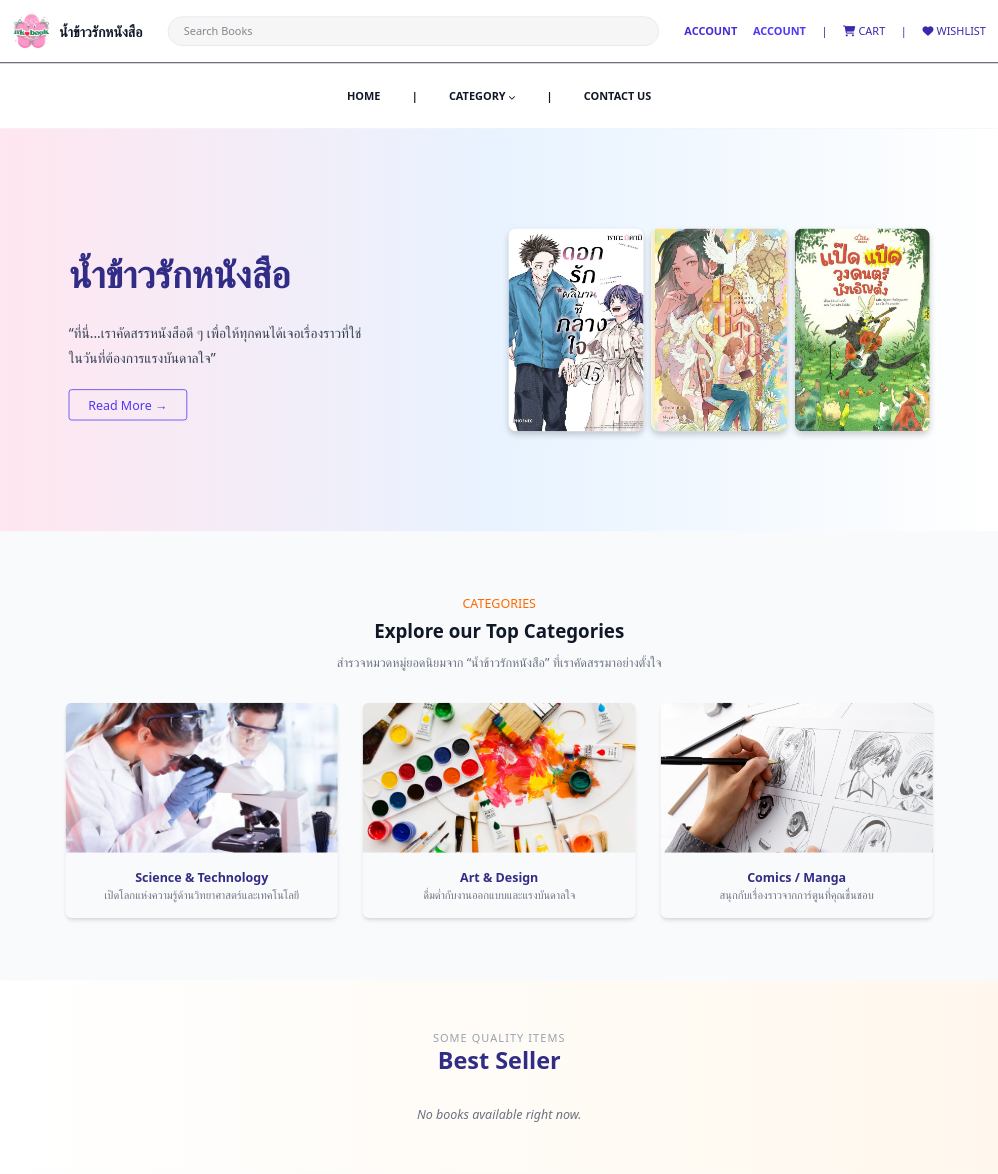
Repository: buratsakon0/NKLoveBook
Page: http://localhost/home
An editor plug-in stored every save of this project. The page is shown before and after the next save, followed by the edit.
The browser window is 1280 px wide. The pictures show the whole page, at 78% of full size.
The page is served by the project's Laravel application, run on PHP 8.4 with Laravel 12. Style sheets and scripts are compiled from the project's sources, by tool versions that may differ from the author's. Queries for data that is not in the repository find no rows.

Above is the page before, as saved 2025-10-26 15:00:40.

After the next save:
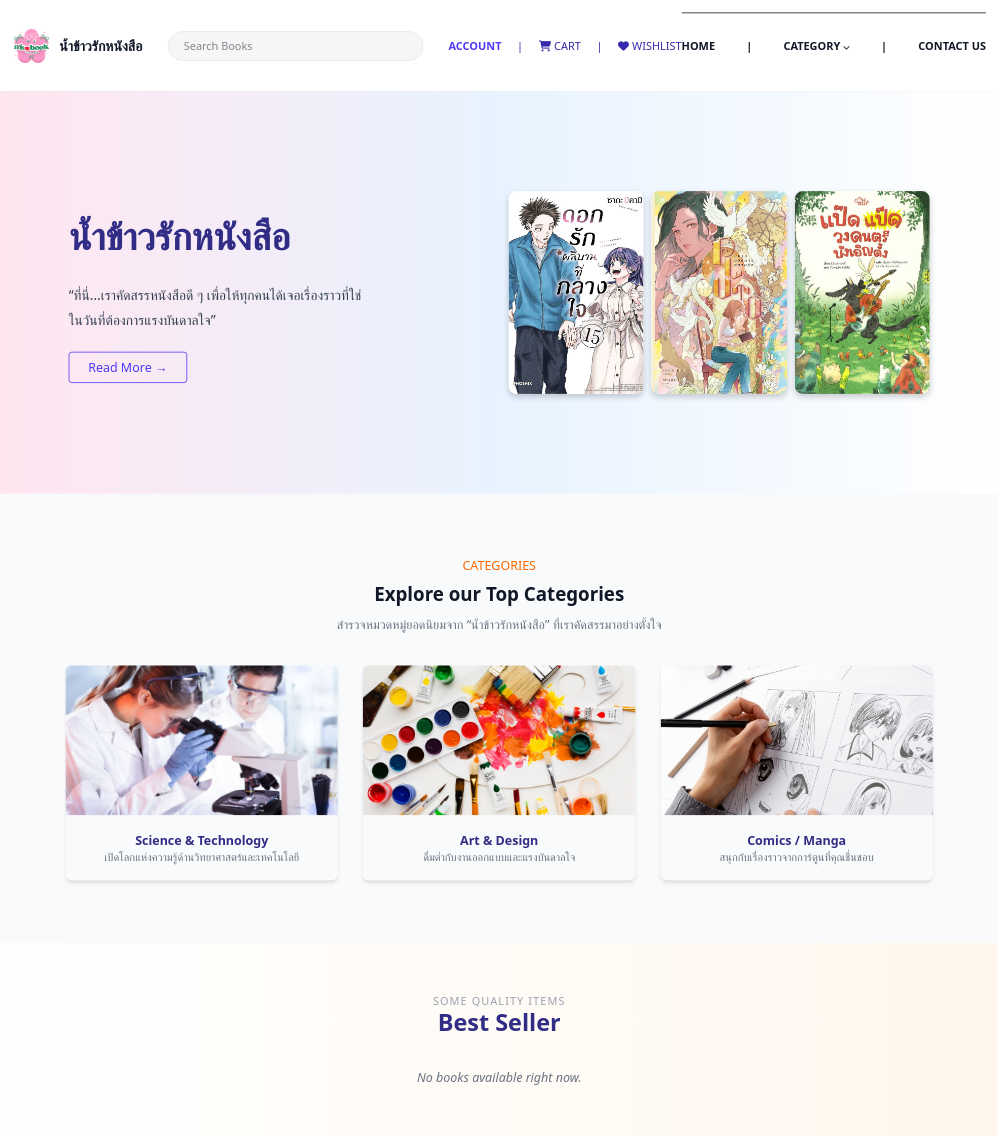
Saved 38 s later.
--- a/resources/views/component/navbar.blade.php
+++ b/resources/views/component/navbar.blade.php
@@ -121,29 +121,28 @@
 
     <!-- Right: Icons -->
     <div class="flex gap-5 text-sm font-medium text-indigo-800">
-      @guest
-    <a href="{{ route('login') }}" class="text-sm text-indigo-700 font-semibold">ACCOUNT</a>
-@endguest
-
-@auth
-        <!--  ถ้า login แล้ว -->
+    @auth
+        <!-- ✅ ถ้า login แล้ว -->
         <a href="{{ route('profile') }}" class="text-indigo-600 font-semibold">
             {{ Auth::user()->Username }}
         </a>
     @else
-        <!--  ถ้ายังไม่ได้ login -->
+        <!-- ❌ ถ้ายังไม่ได้ login -->
         <a href="{{ route('login') }}" class="text-indigo-600 font-semibold">
             ACCOUNT
         </a>
     @endauth
 
+    <span>|</span>
+    <a href="#" class="flex items-center gap-1 hover:text-indigo-500">
+        <i class="fa fa-shopping-cart"></i> CART
+    </a>
+    <span>|</span>
+    <a href="#" class="flex items-center gap-1 hover:text-indigo-500">
+        <i class="fa fa-heart"></i> WISHLIST
+    </a>
+</div>
 
-      <span>|</span>
-      <a href="#" class="flex items-center gap-1 hover:text-indigo-500"><i class="fa fa-shopping-cart"></i> CART</a>
-      <span>|</span>
-      <a href="#" class="flex items-center gap-1 hover:text-indigo-500"><i class="fa fa-heart"></i> WISHLIST</a>
-    </div>
-  </div>
 
   <!-- Bottom Menu -->
   <div class="border-t">

After the save that followed:
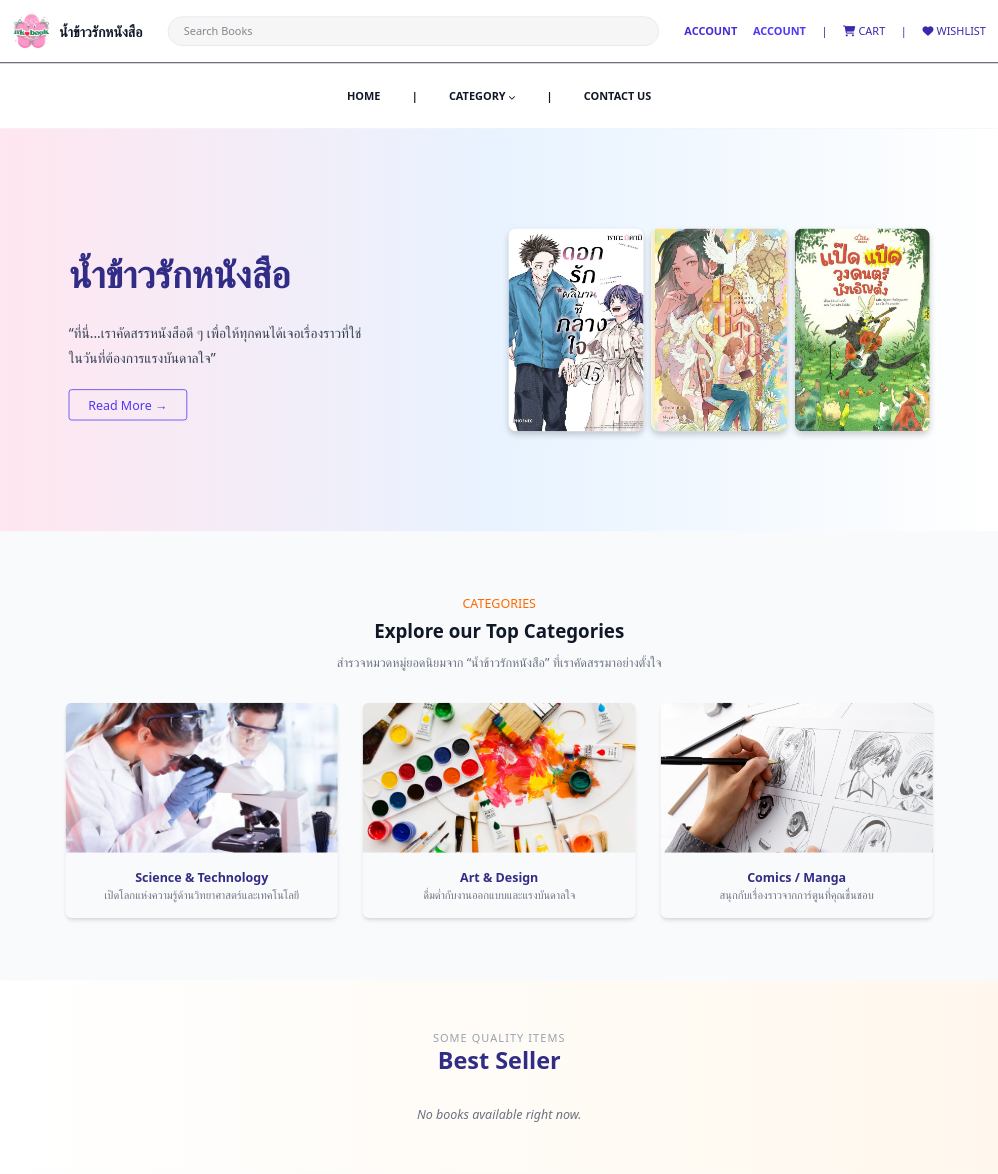
Saved 13 s later.
--- a/resources/views/component/navbar.blade.php
+++ b/resources/views/component/navbar.blade.php
@@ -121,28 +121,29 @@
 
     <!-- Right: Icons -->
     <div class="flex gap-5 text-sm font-medium text-indigo-800">
-    @auth
-        <!-- ✅ ถ้า login แล้ว -->
+      @guest
+    <a href="{{ route('login') }}" class="text-sm text-indigo-700 font-semibold">ACCOUNT</a>
+@endguest
+
+@auth
+        <!--  ถ้า login แล้ว -->
         <a href="{{ route('profile') }}" class="text-indigo-600 font-semibold">
             {{ Auth::user()->Username }}
         </a>
     @else
-        <!-- ❌ ถ้ายังไม่ได้ login -->
+        <!--  ถ้ายังไม่ได้ login -->
         <a href="{{ route('login') }}" class="text-indigo-600 font-semibold">
             ACCOUNT
         </a>
     @endauth
 
-    <span>|</span>
-    <a href="#" class="flex items-center gap-1 hover:text-indigo-500">
-        <i class="fa fa-shopping-cart"></i> CART
-    </a>
-    <span>|</span>
-    <a href="#" class="flex items-center gap-1 hover:text-indigo-500">
-        <i class="fa fa-heart"></i> WISHLIST
-    </a>
-</div>
 
+      <span>|</span>
+      <a href="#" class="flex items-center gap-1 hover:text-indigo-500"><i class="fa fa-shopping-cart"></i> CART</a>
+      <span>|</span>
+      <a href="#" class="flex items-center gap-1 hover:text-indigo-500"><i class="fa fa-heart"></i> WISHLIST</a>
+    </div>
+  </div>
 
   <!-- Bottom Menu -->
   <div class="border-t">
